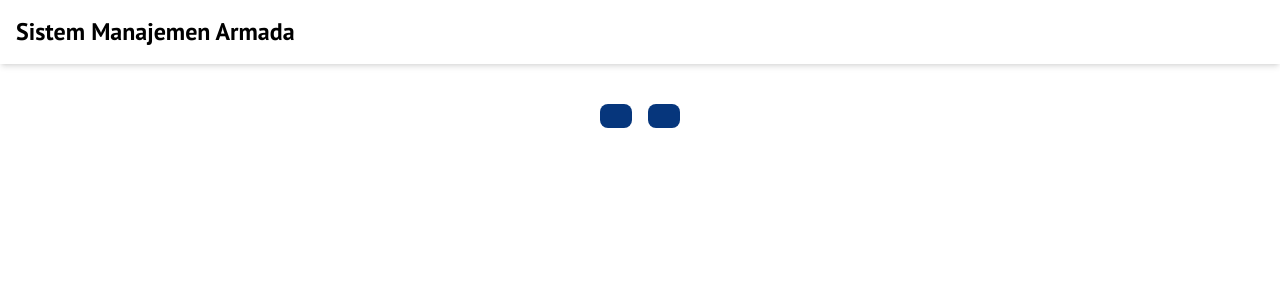
Repository: SyahrulRmd/8973d208-5d3b
Page: /
The author's editor kept a copy of each file at every save. The page is drawn from the files as they stood at one save, then again after the next save.
The browser window is 1280 px wide. The pictures show the whole page.
The page's requests for data from a server got no answer. The project was rebuilt for these pictures with package versions that can differ from the ones it lists, and the page was loaded fresh each time. No one was signed in, and anything a server would have sent is missing. Also part of the build but not shown: vite.config.ts, src/components/ui/dialog.tsx, src/components/icons/bus.tsx.

Above is the page before, as saved 2025-07-05 22:04:14.

After the next save:
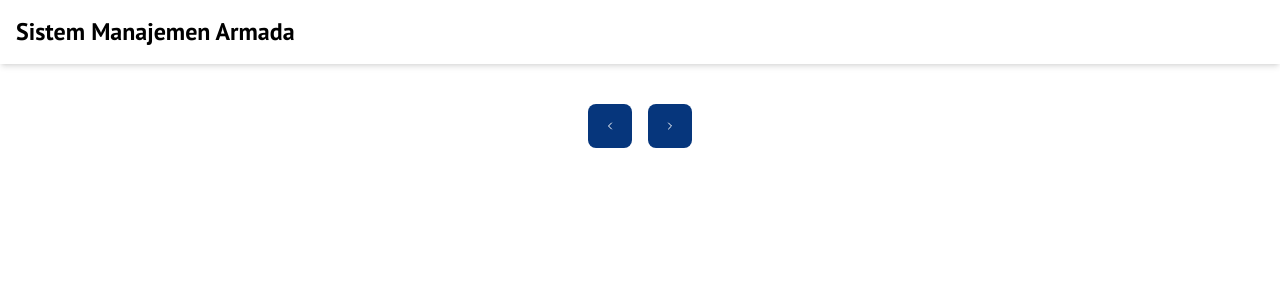
Saved 9 s later.
--- a/src/App.tsx
+++ b/src/App.tsx
@@ -30,10 +30,10 @@ function App() {
           ))}
         </div>
         <div className='flex justify-center gap-4'>
-          <Button className='w-6 h-6'>
+          <Button className='w-11 h-11'>
             <ChevronLeft className='w-4 h-4' />
           </Button>
-          <Button className='w-6 h-6'>
+          <Button className='w-11 h-11'>
             <ChevronRight className='w-4 h-4' />
           </Button>
         </div>
